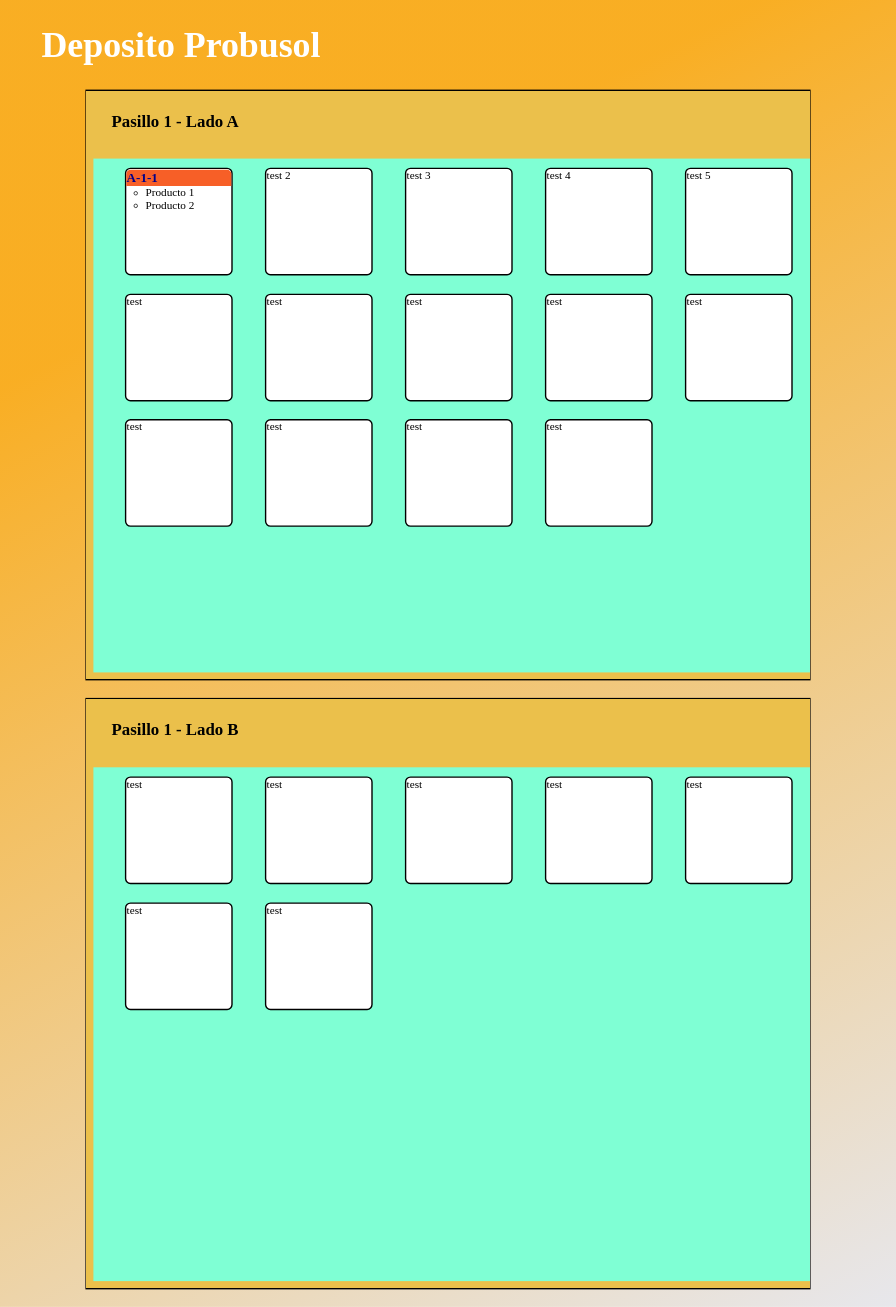
Repository: Franzcod/DepoStock_Web
Page: index.html
An editor plug-in stored every save of this project. The page is shown before and after the next save, followed by the edit.
The browser window is 1280 px wide. The pictures show the whole page, at 70% of full size.

Above is the page before, as saved 2020-06-07 20:03:26.
Console error: ReferenceError: ur is not defined

After the next save:
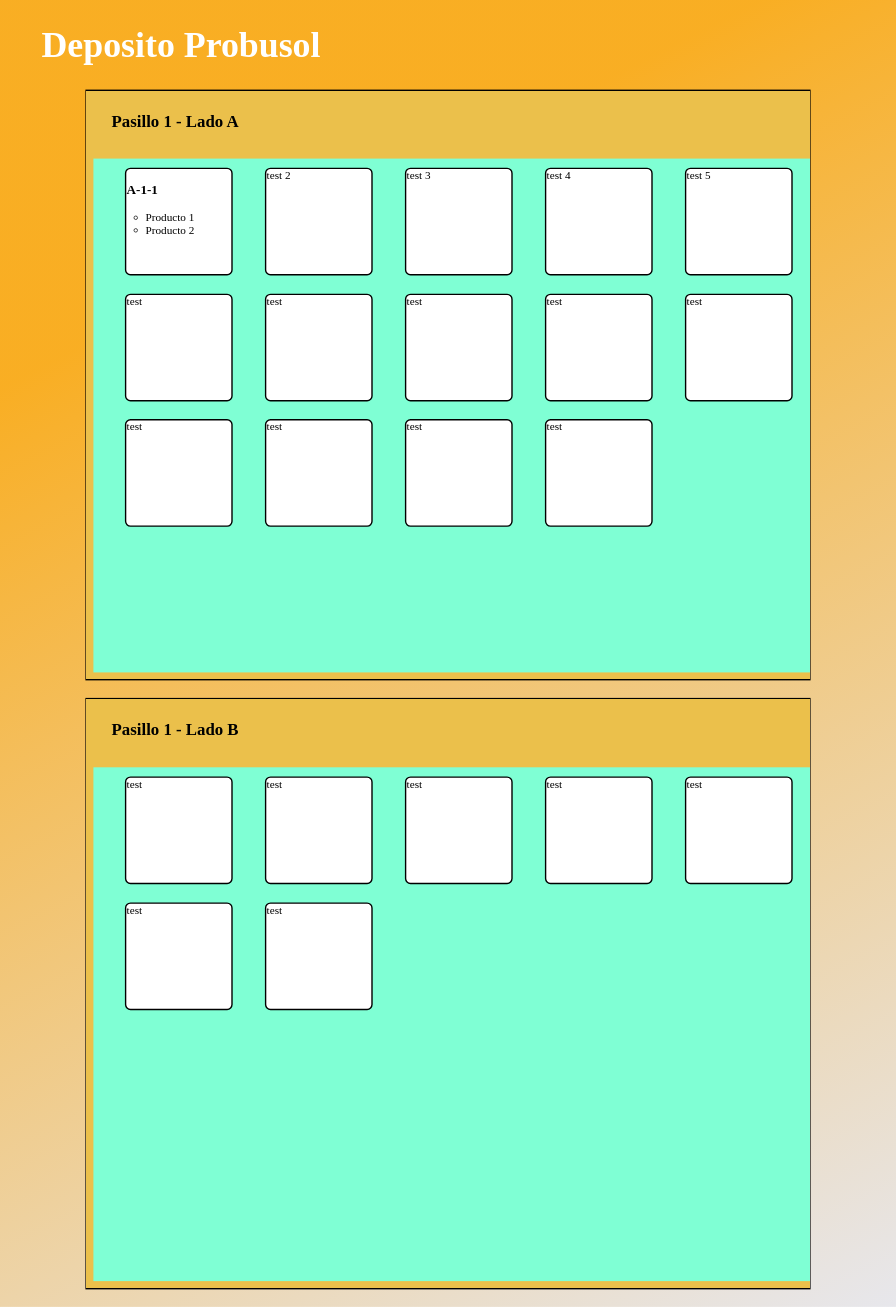
Saved 87 s later.
--- a/estilo/estilo.css
+++ b/estilo/estilo.css
@@ -67,7 +67,7 @@ h2{
     margin: auto;
 }
 
-.pos{
+/* .pos{
     width: 100%;
     height: 15%;
     border-radius: 6px 6px 0 0 ;
@@ -75,7 +75,7 @@ h2{
     align-items: center;
     color: darkblue;
     background: rgb(247, 95, 39);
-}
+} */
 
 
 .listaProduc{

After the save that followed:
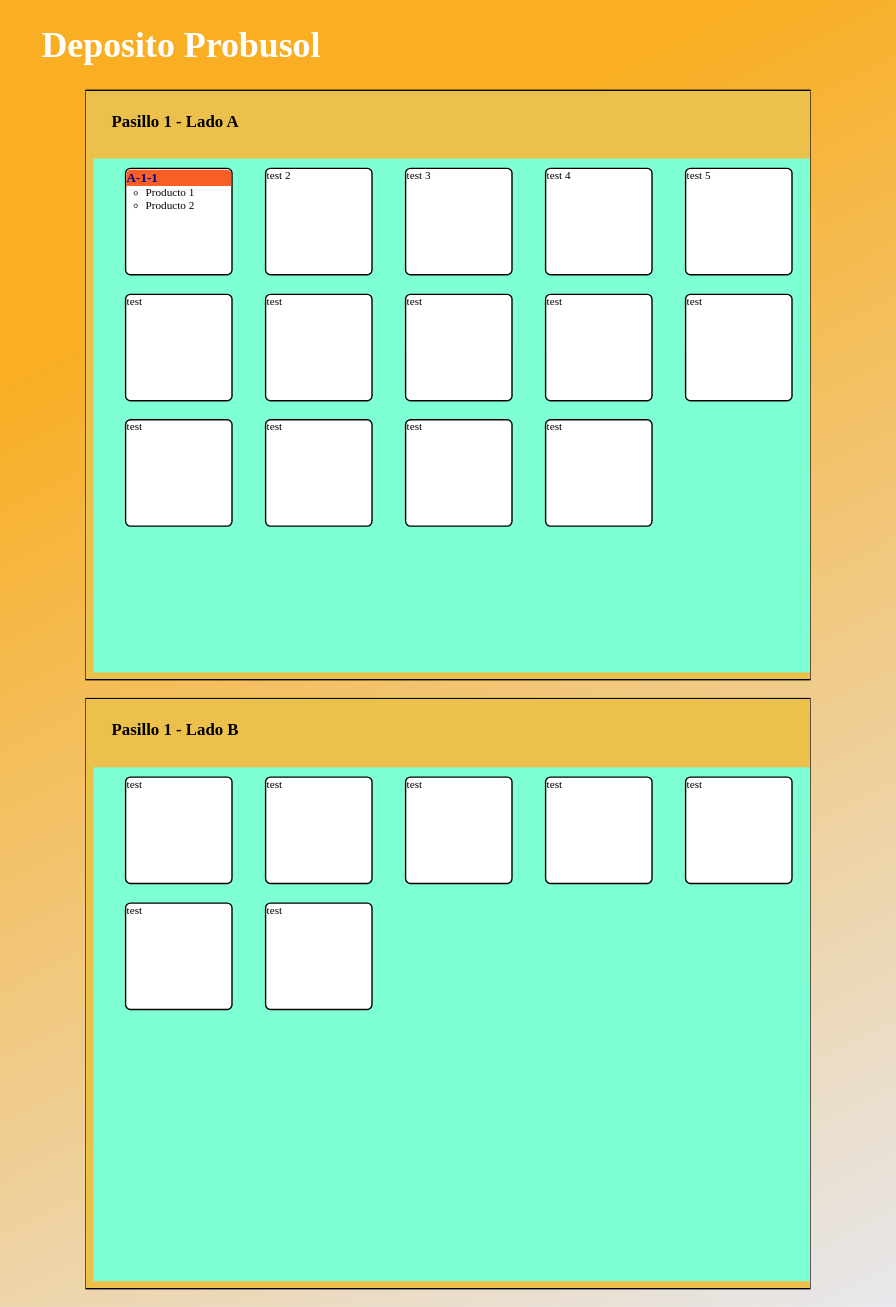
Saved 14 s later.
--- a/estilo/estilo.css
+++ b/estilo/estilo.css
@@ -67,7 +67,7 @@ h2{
     margin: auto;
 }
 
-/* .pos{
+.pos{
     width: 100%;
     height: 15%;
     border-radius: 6px 6px 0 0 ;
@@ -75,7 +75,7 @@ h2{
     align-items: center;
     color: darkblue;
     background: rgb(247, 95, 39);
-} */
+}
 
 
 .listaProduc{
